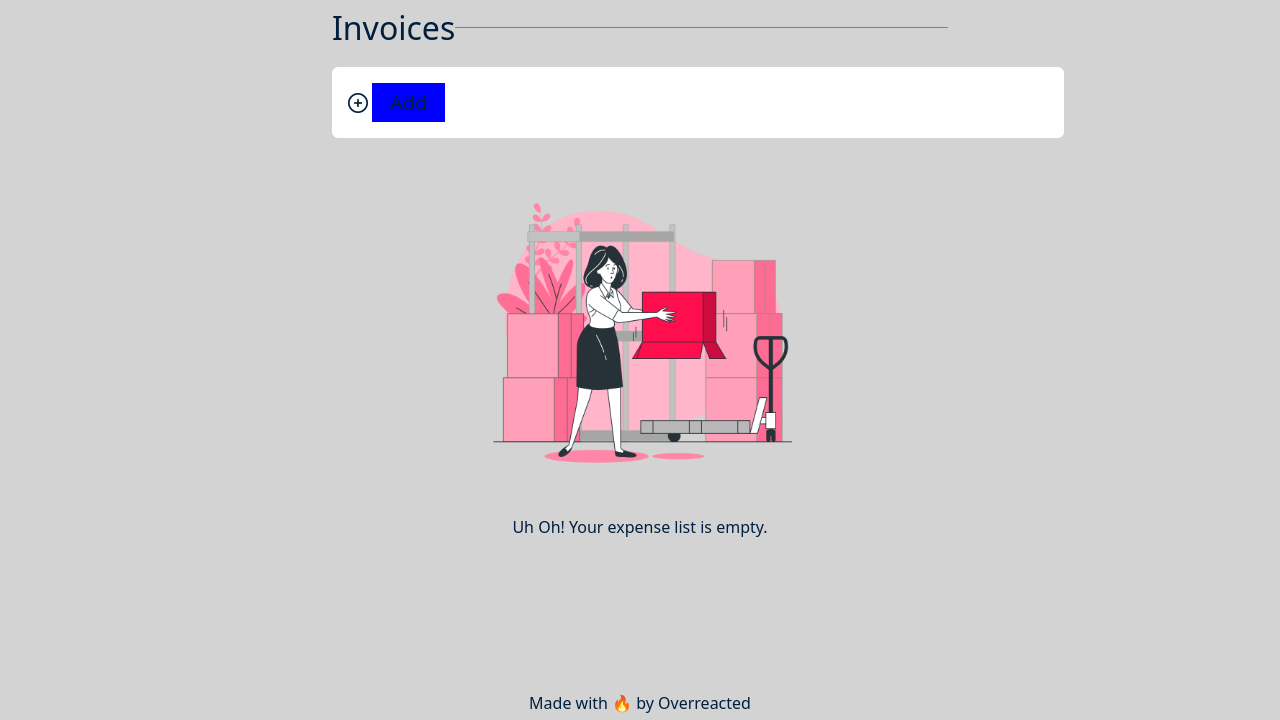
Repository: om1ars/task3
Page: /
These files come from the project's save history. The page is drawn as it stood at one moment and after the next save; the edit follows.
The browser window is 1280 px wide. The pictures show the whole page.
Some web libraries are served in a nearby version. The project was rebuilt for these pictures with package versions that can differ from the ones it lists, and the page was loaded fresh each time. Also part of the build but not shown: src/constants/add-expense.js, src/components/add-form/add-form.css, src/components/add-form/success-modal.css, src/components/add-form/success-modal.js, src/components/add-form/index.js, src/pages/add-expense/add-expense.css, src/pages/add-expense/index.js, src/components/expense-list/card.css and 1 more.

Above is the page before, as saved 2021-12-18 14:45:59.

### public/index.html
<!DOCTYPE html>
<html lang="en">
  <head>
    <meta charset="utf-8" />
    <link rel="icon" href="%PUBLIC_URL%/favicon.ico" />
    <meta name="viewport" content="width=device-width, initial-scale=1" />
    <meta name="theme-color" content="#000000" />
    <meta name="description" content="SPA to track all your expenses" />
    <link rel="apple-touch-icon" href="%PUBLIC_URL%/logo192.png" />
    <!--
      manifest.json provides metadata used when your web app is installed on a
      user's mobile device or desktop. See https://developers.google.com/web/fundamentals/web-app-manifest/
    -->
    <link rel="manifest" href="%PUBLIC_URL%/manifest.json" />
    <link rel="preconnect" href="https://fonts.googleapis.com" />
    <link rel="preconnect" href="https://fonts.gstatic.com" crossorigin />
    <link
      href="https://fonts.googleapis.com/css2?family=Noto+Sans&display=swap"
      rel="stylesheet"
    />
    <link
      rel="stylesheet"
      href="https://cdn-uicons.flaticon.com/uicons-regular-rounded/css/uicons-regular-rounded.css"
    />
    <link
      rel="stylesheet"
      href="https://cdn.jsdelivr.net/gh/devicons/devicon@v2.12.0/devicon.min.css"
    />
    <title>Xpensr</title>
  </head>
  <body>
    <noscript>You need to enable JavaScript to run this app.</noscript>
    <div id="root"></div>
    <!--
      This HTML file is a template.
      If you open it directly in the browser, you will see an empty page.

      You can add webfonts, meta tags, or analytics to this file.
      The build step will place the bundled scripts into the <body> tag.

      To begin the development, run `npm start` or `yarn start`.
      To create a production bundle, use `npm run build` or `yarn build`.
    -->
  </body>
</html>

### src/index.js
import React from "react";
import ReactDOM from "react-dom";
import "./index.css";
import App from "./App";
import reportWebVitals from "./reportWebVitals";
import { Provider } from "react-redux";
import store from "./redux/store/index";

ReactDOM.render(
  <Provider store={store}>
    <App />
  </Provider>,
  document.getElementById("root")
);

// If you want to start measuring performance in your app, pass a function
// to log results (for example: reportWebVitals(console.log))
// or send to an analytics endpoint. Learn more: https://bit.ly/CRA-vitals
reportWebVitals();

### src/index.css
body {
  margin: 0;
  font-family: "Noto Sans", sans-serif;
  -webkit-font-smoothing: antialiased;
  -moz-osx-font-smoothing: grayscale;
  background-color: lightgray;
  color: #001f3f;
}
a {
  text-decoration: none;
  color: #001f3f;
}
.button {
  /* background: #71ccca; */
  box-shadow: 20px 20px 60px #60adac, -20px -20px 60px #82ebe8;
}
code {
  font-family: source-code-pro, Menlo, Monaco, Consolas, "Courier New",
    monospace;
}

### src/App.js
import React from "react";
import { BrowserRouter as Router, Route, Switch } from "react-router-dom";
import Footer from "./components/footer";
import Header from "./components/header";
import AddExpense from "./pages/add-expense";
import Home from "./pages/home/index";

const App = () => {
  return (
    <Router>
      <Header />
      <Switch>
        <Route path="/" exact component={Home} />
        <Route path="/add-expense" component={AddExpense} />
      </Switch>
      <Footer />
    </Router>
  );
};

export default App;

### src/redux/store/index.js
import { combineReducers, createStore } from "redux";
import { expenseReducer } from "../reducers/expenses";
const reducer = combineReducers({
  expenses: expenseReducer,
});
const initialState = {};
const store = createStore(reducer, initialState);

export default store;

### src/components/footer/index.js
import React from "react";
import "./footer.css";
const Footer = () => {
  return <footer>Made with 🔥 by Overreacted</footer>;
};

export default Footer;

### src/components/header/index.js
import React from "react";
import "./header.css";
const Header = () => {
  return (
    <div className="header-container">
      <div className="header" style={{ display: "flex", alignItems: "center" }}>
        <div className="header-logo">
          Invoices
        </div>
        <div
          style={{ height: "1px", width: "100%", backgroundColor: "gray" }}
        ></div>
      </div>
    </div>
  );
};

export default Header;

### src/pages/home/index.js
import React from "react";
import ExpenseList from "../../components/expense-list";
import Footer from "../../components/footer";
import Header from "../../components/header";
import TopFold from "../../components/top-fold";
import "./home.css";
const Home = () => {
  return (
    <div className="home">
      <TopFold />
      <ExpenseList />
    </div>
  );
};

export default Home;

### src/redux/reducers/expenses.js
import {
  ADD_EXPENSE,
  DELETE_EXPENSE,
  SEARCH_EXPENSE,
} from "../action-types/expenses";

const initialList = () => {
  const list = localStorage.getItem("expense-list");
  let expenses = [];
  if (list) {
    expenses = JSON.parse(list);
  }
  return expenses;
};
const initialState = {
  expenseList: initialList(),
  query: "",
};

export const expenseReducer = (state = initialState, action) => {
  switch (action.type) {
    case ADD_EXPENSE: {
      localStorage.setItem(
        "expense-list",
        JSON.stringify([...state.expenseList, action.data])
      );
      return {
        ...state,
        expenseList: [...state.expenseList, action.data],
        query: "",
      };
    }
    case DELETE_EXPENSE: {
      const { data } = action;
      const updatedList = state.expenseList.filter(
        (item) => item.createdAt !== data.createdAt
      );
      localStorage.setItem("expense-list", JSON.stringify(updatedList));
      return {
        ...state,
        expenseList: updatedList,
      };
    }
    case SEARCH_EXPENSE: {
      const { query } = action;
      return {
        ...state,
        query,
      };
    }
    default:
      return {
        ...state,
      };
  }
};

### src/components/footer/footer.css
footer {
  width: 100%;
  position: fixed;
  bottom: 0;
  display: flex;
  justify-content: center;
  align-items: center;
  padding-bottom: 6px;
}

### src/components/header/header.css
.header-container {
  width: 50%;
  margin: auto;
}
.header {
  display: flex;
  justify-content: space-between;
  align-items: center;
  flex: 1;
  margin: 6px 12px;
}
.header-logo {
  display: flex;
  align-items: center;
  font-size: 32px;
  font-weight: 500;
}
.header-logo i {
  display: flex;
  align-items: center;
  margin-left: 6px;
}

.header-button {
  font-size: 20px;
  display: flex;
  justify-content: center;
  align-items: center;
  border: 1px solid black;
  border-radius: 6px;
  padding: 0px 8px;
}
.header-button i {
  margin-right: 4px;
}

@media only screen and (max-width: 1024px) {
  .header-container {
    width: 90%;
  }
  .header-logo {
    font-size: 28px;
  }
  .header-button {
    font-size: 18px;
  }
}

@media only screen and (max-width: 512px) {
  .header-container {
    width: 100%;
  }
  .header-logo {
    font-size: 24px;
  }
  .header-button {
    font-size: 16px;
  }
}

### src/components/top-fold/index.js
import React, { useEffect, useState } from "react";
import { Link, useLocation } from "react-router-dom";
import "./top-fold.css";
import { useDispatch } from "react-redux";
import { searchExpense } from "../../redux/actions/expenses";
const TopFold = () => {
  const [query, setQuery] = useState("");
  const dispatch = useDispatch();
  const handleQuery = (e) => {
    setQuery(e.target.value);
    dispatch(searchExpense(e.target.value));
  };
  return (
    <div className="topfold">
      {window.location.pathname === "/" ? (
        <div className="home-topfold">
          {/* <div className="searchbar">
            <i class="fi-rr-search"></i>
            <input
              placeholder="Search for expenses"
              value={query}
              onChange={(e) => handleQuery(e)}
            />
          </div> */}
          <Link to="/add-expense">
            <div
              className="add-button"
              style={{ width: "700px", backgroundColor: "white", padding: 15 }}
            >
              <i class="fi-rr-add"></i>
              <label style={{ padding: "6px 18px", backgroundColor: 'blue' }}>Add</label>
            </div>
          </Link>
        </div>
      ) : (
        <div className="add-topfold">
          <Link to="/">
            <div className="add-topfold-button">
              <i class="fi-rr-angle-left"></i>
              <label>Back</label>
            </div>
          </Link>
          <Link to="/">
            <div className="add-topfold-button">
              <i class="fi-rr-cross-circle"></i>
              <label>Cancel</label>
            </div>
          </Link>
        </div>
      )}
    </div>
  );
};

export default TopFold;

### src/components/expense-list/index.js
import React, { useEffect, useState } from "react";
import { useSelector } from "react-redux";
import { toast, ToastContainer } from "react-toastify";
import Card from "./card";
import "./expense-list.css";
const ExpenseList = () => {
  const { expenseList: list, query } = useSelector((state) => state.expenses);
  const filteredList = list.filter((item) => item.title.includes(query));

  const notifySuccess = () => toast.success("Expense Deleted!");
  return (
    <div className="expense-list">
      <ToastContainer
        position="bottom-left"
        autoClose={1500}
        hideProgressBar={false}
        newestOnTop={false}
        closeOnClick
      />
      {filteredList.length ? (
        filteredList.map((item) => (
          <Card item={item} notifySuccess={notifySuccess} />
        ))
      ) : (
        <div className="empty-state">
          <img
            src={require("../../assets/images/empty.png").default}
            alt="No Expenses"
            className="empty-image"
          />
          <label>Uh Oh! Your expense list is empty.</label>
        </div>
      )}
    </div>
  );
};

export default ExpenseList;

### src/pages/home/home.css
.home {
  width: 50%;
  margin: auto;
}

@media only screen and (max-width: 1024px) {
  .home {
    width: 90%;
  }
}

@media only screen and (max-width: 512px) {
  .home {
    width: 100%;
  }
}

### src/redux/action-types/expenses.js
export const ADD_EXPENSE = "ADD_EXPENSE";

export const DELETE_EXPENSE = "DELETE_EXPENSE";

export const SEARCH_EXPENSE = "SEARCH_EXPENSE";

### src/redux/actions/expenses.js
import {
  ADD_EXPENSE,
  DELETE_EXPENSE,
  SEARCH_EXPENSE,
} from "../action-types/expenses";

export const addExpense = (data) => {
  return {
    type: ADD_EXPENSE,
    data,
  };
};

export const deleteExpense = (data) => {
  console.log(data, "Action");
  return {
    type: DELETE_EXPENSE,
    data,
  };
};

export const searchExpense = (query) => {
  console.log(query);
  return {
    type: SEARCH_EXPENSE,
    query,
  };
};

### src/components/top-fold/top-fold.css
.topfold {
  display: flex;
  justify-content: space-between;
  margin: 6px 12px;
  padding: 12px 0px;
  align-items: center;
}
.home-topfold {
  display: flex;
  justify-content: space-between;
  flex: 1;
}
.searchbar {
  display: flex;
  align-items: center;
  width: 50%;
  background-color: white;
  border-radius: 12px;
}
.searchbar input {
  width: 80%;
  outline: none;
  padding: 8px 0px;
  border: none;
  margin-left: 6px;
  background-color: white;
}

.searchbar i {
  display: flex;
  align-items: center;
  margin-left: 6px;
}

.add-button {
  display: flex;
  align-items: center;
  border-radius: 4px;
  border: 1px solid white;
  font-size: 20px;
  padding: 0px 8px;
  border-radius: 6px;
  cursor: pointer;
}

.add-button i {
  display: flex;
  align-items: center;
  margin-right: 4px;
}
.add-topfold {
  display: flex;
  justify-content: space-between;
  flex: 1;
}
.add-topfold-button {
  display: flex;
  align-items: center;
  font-size: 18px;
  cursor: pointer;
}
.add-topfold-button i {
  display: flex;
  align-items: center;
  margin-right: 4px;
}

@media only screen and (max-width: 1024px) {
  .add-button {
    font-size: 18px;
  }
  .searchbar {
    width: 70%;
  }
}

@media only screen and (max-width: 512px) {
  .add-button {
    font-size: 16px;
  }
}

### src/components/expense-list/expense-list.css
.expense-list {
  margin: 6px 12px;

  display: flex;
  flex-direction: column;
  flex: 1;
}
.empty-state {
  display: flex;
  justify-content: center;
  align-items: center;
  flex-direction: column;
}
.empty-image {
  height: 360px;
}

@media only screen and (max-width: 1024px) {
  .empty-image {
    height: 320px;
  }
}

@media only screen and (max-width: 512px) {
  .empty-image {
    height: 240px;
  }
}

Loaded but not shown: src/reportWebVitals.js (common file)

After the next save:
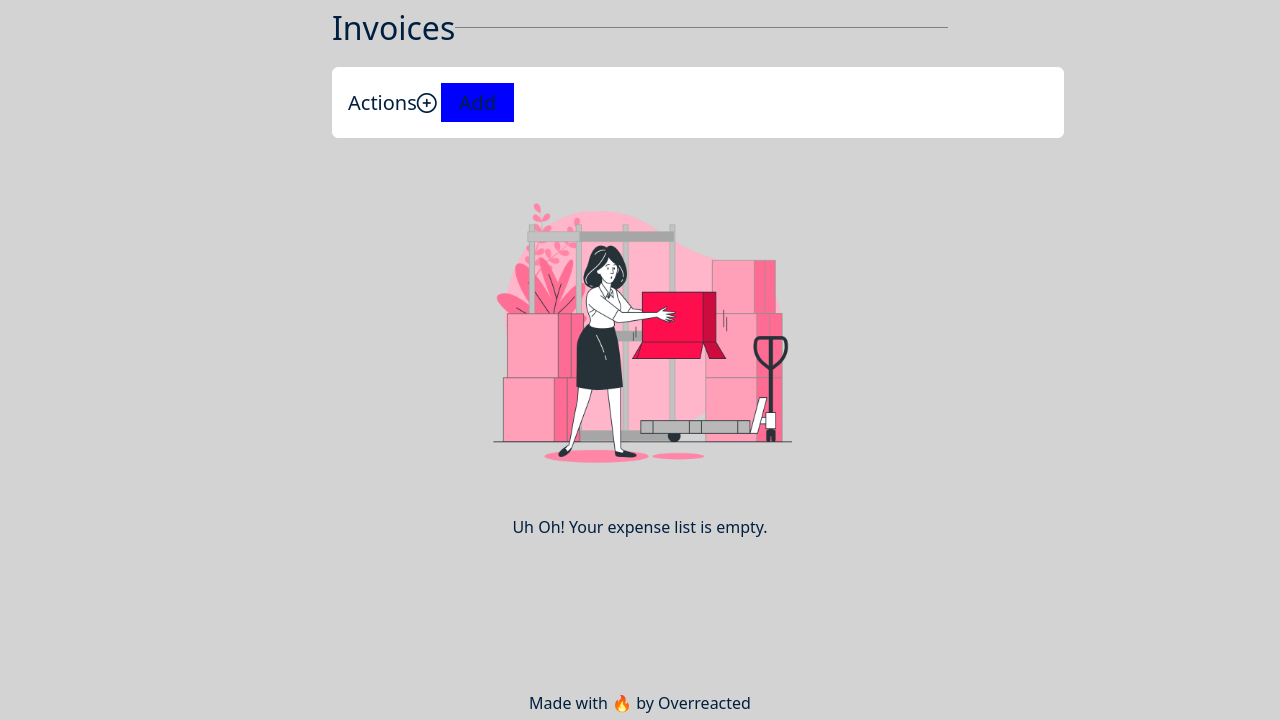
Saved 26 s later.
--- a/src/components/top-fold/index.js
+++ b/src/components/top-fold/index.js
@@ -27,6 +27,7 @@ const TopFold = () => {
               className="add-button"
               style={{ width: "700px", backgroundColor: "white", padding: 15 }}
             >
+              Actions
               <i class="fi-rr-add"></i>
               <label style={{ padding: "6px 18px", backgroundColor: 'blue' }}>Add</label>
             </div>
